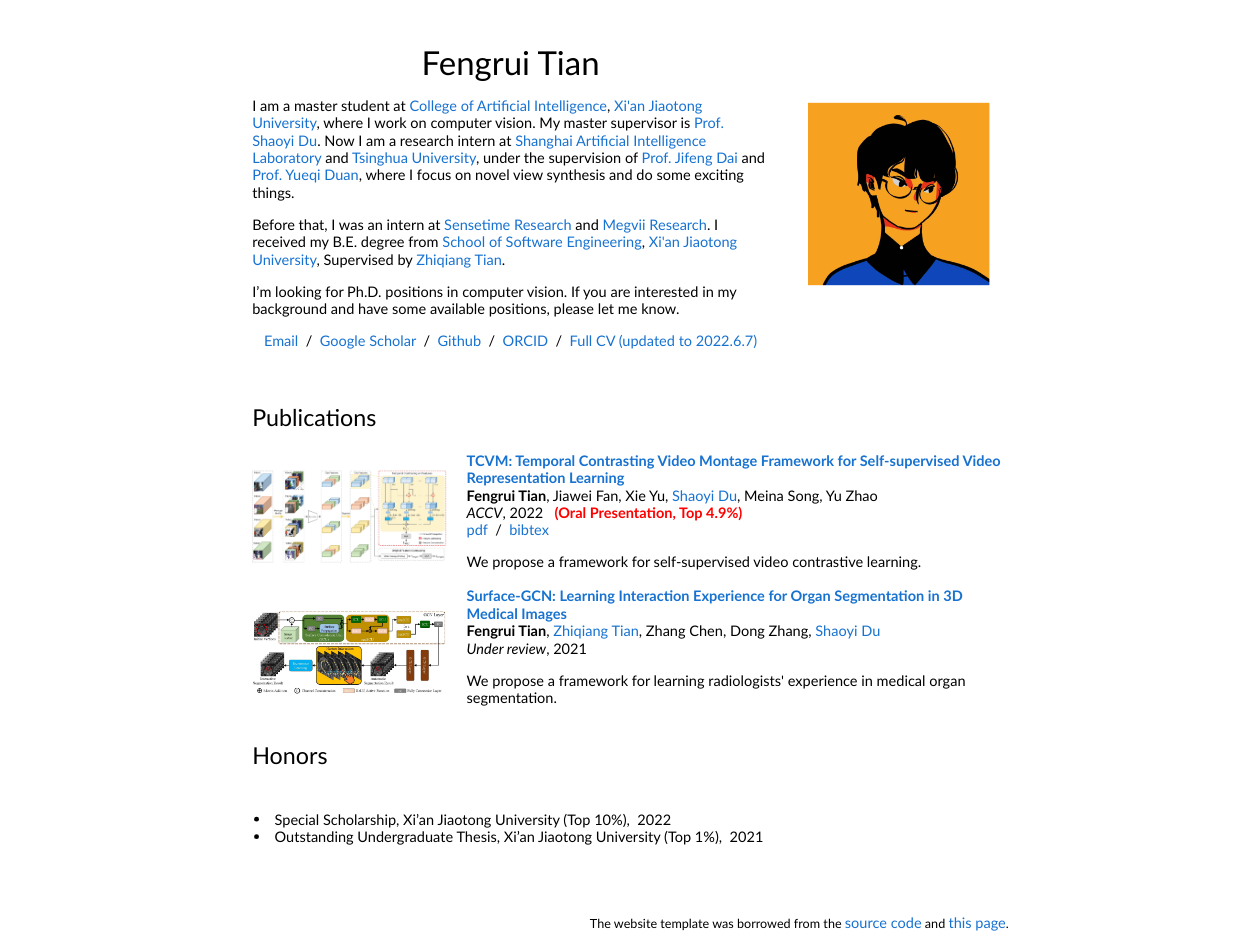
Repository: tianfr/tianfr.github.io
Page: index.html
The author's editor kept a copy of each file at every save. The page is drawn from the files as they stood at one save, then again after the next save.
The browser window is 1280 px wide. The pictures show the whole page, at 97% of full size.

Above is the page before, as saved 2022-11-24 14:50:43.

After the next save:
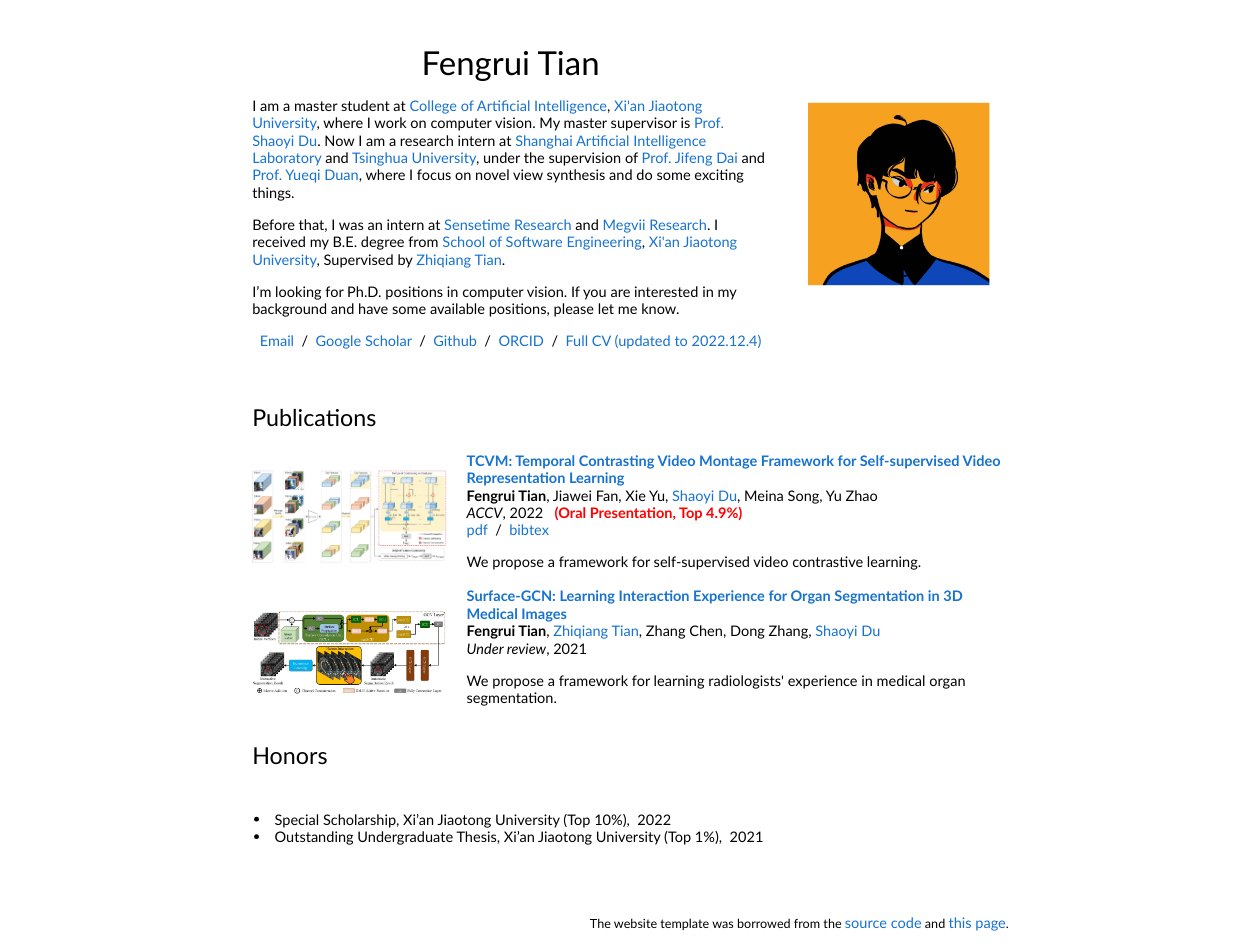
Saved 10 days later.
--- a/index.html
+++ b/index.html
@@ -38,7 +38,7 @@
                 <!-- <a href="https://twitter.com/jon_barron">Twitter</a> &nbsp/&nbsp -->
                 <a href="https://github.com/tianfr/">Github</a> &nbsp/&nbsp
                 <a href="https://orcid.org/0000-0002-9577-5276">ORCID</a> &nbsp/&nbsp
-                <a href="data/PS_Tian_Fengrui_2022_6_7_en.pdf">Full CV (updated to 2022.6.7)</a>
+                <a href="data/CV_Fengrui_Tian_2022_12_4.pdf">Full CV (updated to 2022.12.4)</a>
 
               </p>
             </td>
